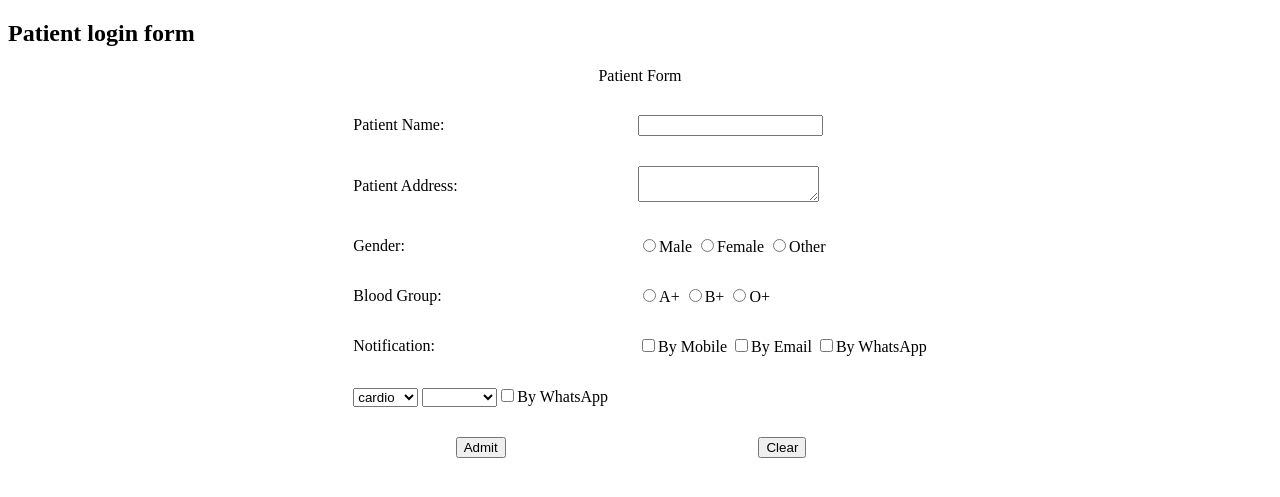
Repository: abhishek110597/Deloitte
Page: Workspace/JavaTraining/patientDetailsForm.html
These files come from the project's save history. The page is drawn as it stood at one moment and after the next save; the edit follows.
The browser window is 1280 px wide. The pictures show the whole page.

Above is the page before, as saved 2019-12-28 06:09:32.

After the next save:
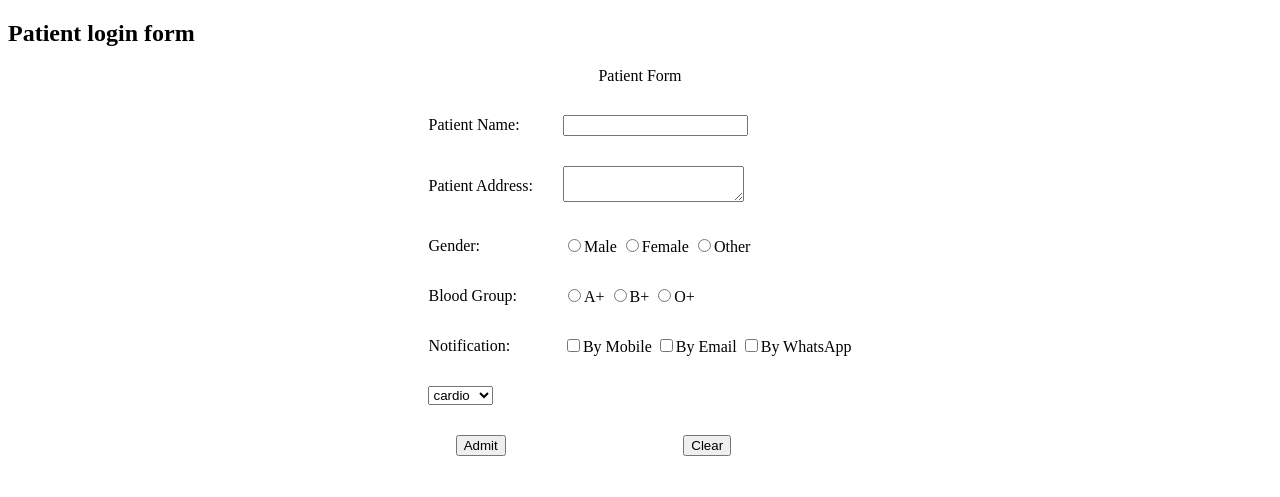
Saved 22 s later.
--- a/Workspace/JavaTraining/patientDetailsForm.html
+++ b/Workspace/JavaTraining/patientDetailsForm.html
@@ -41,22 +41,12 @@
 					WhatsApp</td>
 			</tr>
 			<tr>
-				<td>
-				<select name ="dept" id="dept">
-					<option>cardio</option>
-					<option>dermo</option>
-					<option>pyscho</option>
-					<option>dental</option>
-				</select>
-
-				<select>
-				<option "Cardiology" name="department"id="department">
-				<option "Dermatology" value="byEmail"
-					name="notification" id="email" />By Email <input type="checkbox"
-					value="byWhatsapp" name="notification" id="notification" />By
-					WhatsApp</td>
-
-				</td>
+				<td><select name="dept" id="dept">
+						<option>cardio</option>
+						<option>dermo</option>
+						<option>pyscho</option>
+						<option>dental</option>
+				</select></td>
 			</tr>
 			<tr>
 				<td align="center"><input type="submit" value="Admit"
